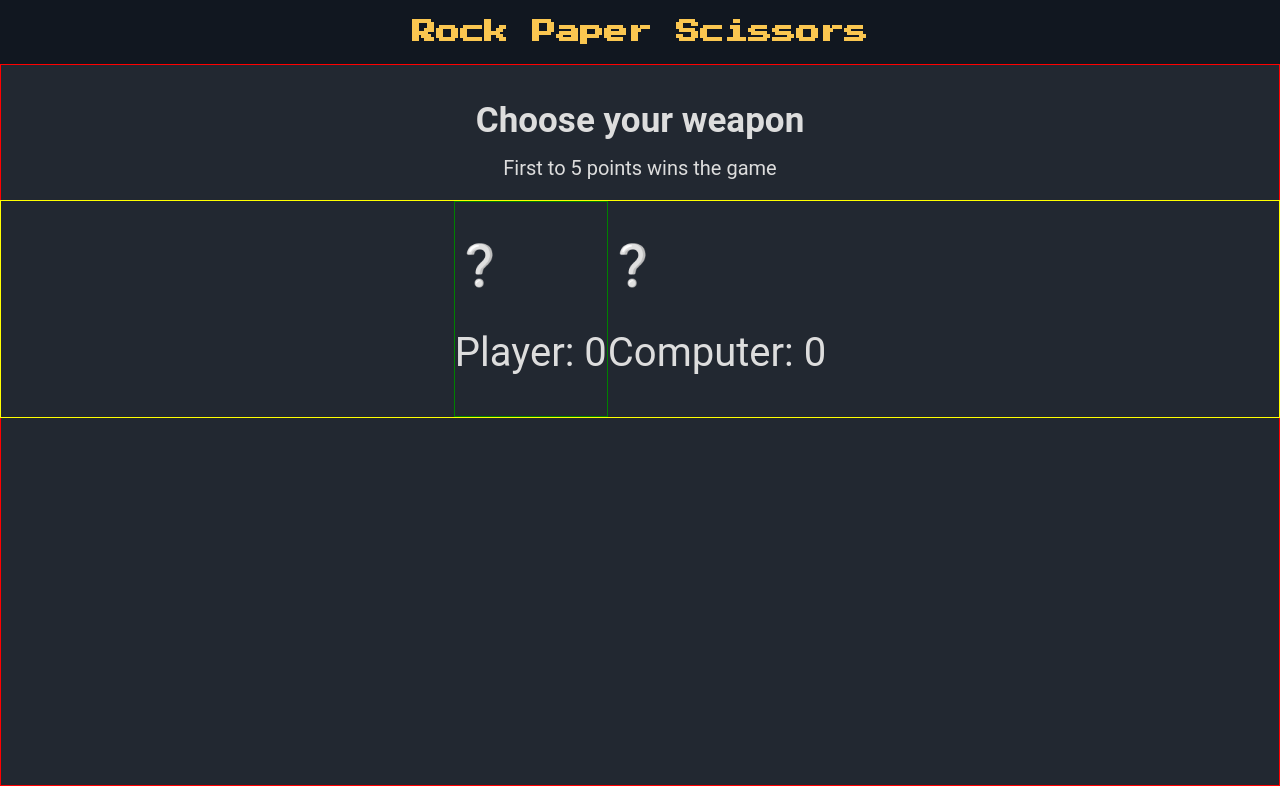
Repository: Aaryan-Poria/Rock-Paper-Scissors
Page: index.html
An editor plug-in stored every save of this project. The page is shown before and after the next save, followed by the edit.
The browser window is 1280 px wide. The pictures show the whole page.

Above is the page before, as saved 2023-08-22 22:51:28.

After the next save:
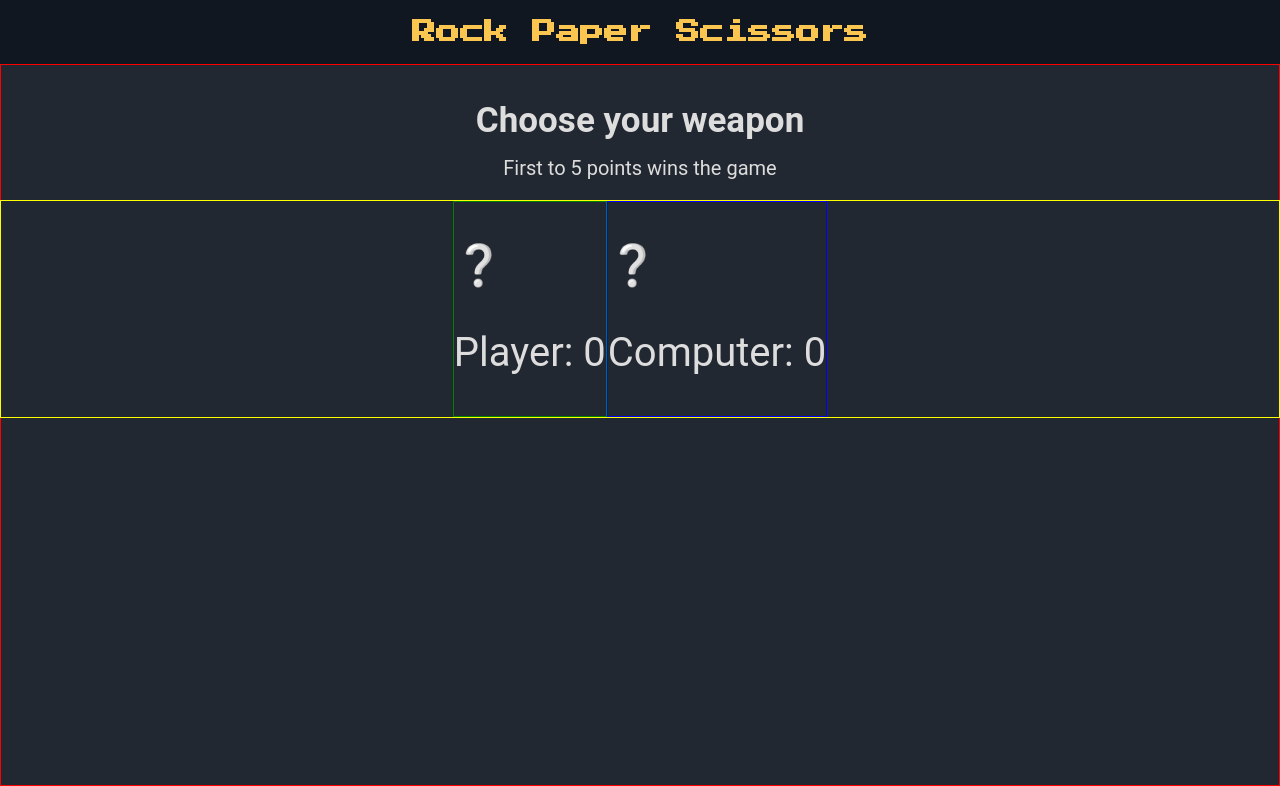
Saved 5 s later.
--- a/style.css
+++ b/style.css
@@ -51,6 +51,7 @@ body {
 }
 .player {
   border: 1px solid green;
-.comp{
+}
+.comp {
   border: 1px solid blue;
 }
